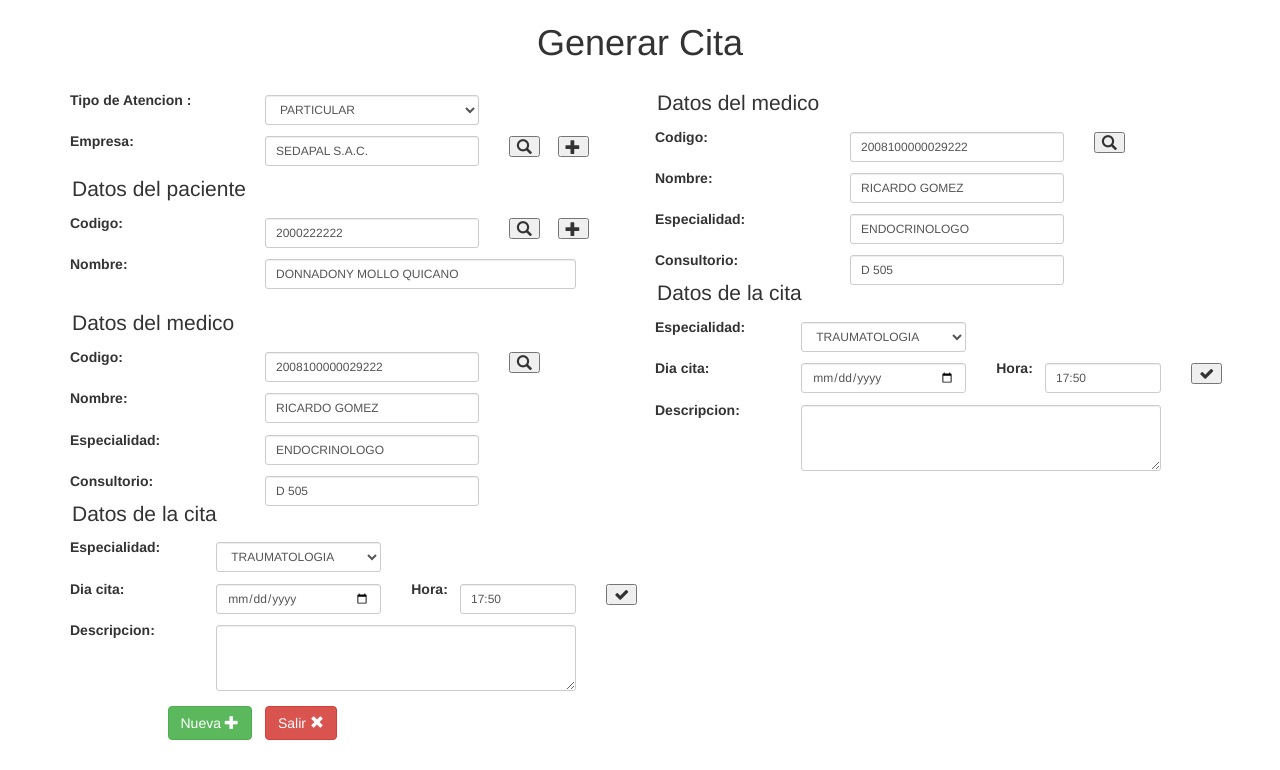
Repository: Donyx10/ADSII-ProyectoClinica
Page: http://localhost/AvanceWeb/GeneraCitaMedica.jsp
These files come from the project's save history. The page is drawn as it stood at one moment and after the next save; the edit follows.
The browser window is 1280 px wide. The pictures show the whole page.
Some web fonts or font styles are not loaded; a fallback is used. The page is served by Tomcat 9.

Above is the page before, as saved 2018-06-04 05:36:13.

After the next save:
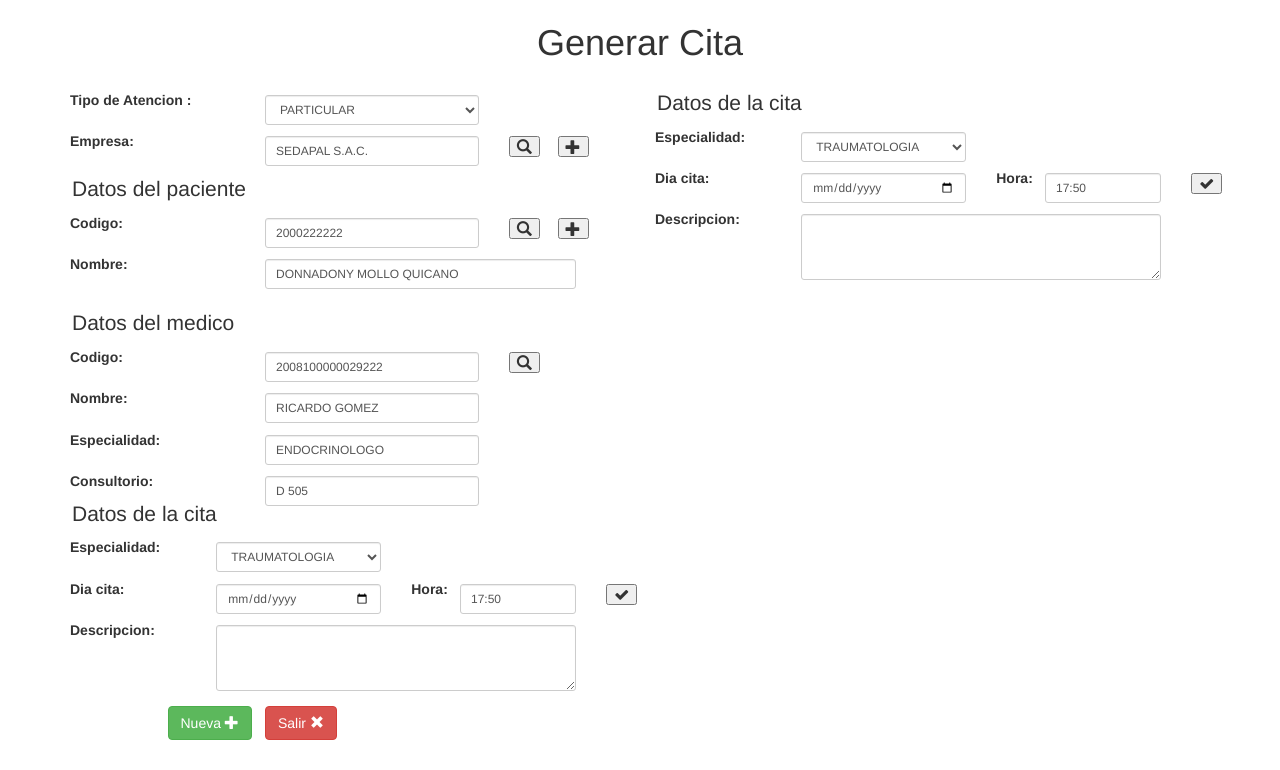
Saved 38 s later.
--- a/WebDemo/AvanceWeb/WebContent/GeneraCitaMedica.jsp
+++ b/WebDemo/AvanceWeb/WebContent/GeneraCitaMedica.jsp
@@ -243,56 +243,6 @@
 						>
 						<div class="col-md-12" >
 							<fieldset>
-								<legend>Datos del medico</legend>
-
-								<div class="row">
-									<div class="col-md-4">
-										<label class="" for="id_codigo">Codigo:</label>
-									</div>
-									<div class="col-md-5">
-										<input class="form-control input-sm" type="text"
-											id="id_codigo" value="2008100000029222"
-											name="computadora.nombre" placeholder="Ingrese el codigo">
-
-									</div>
-									<div class="col-md-1">
-										<button style="font-size: 15px">
-											<i class="glyphicon glyphicon-search"></i>
-										</button>
-									</div>
-								</div>
-								<br>
-								<div class="row">
-									<div class="col-md-4">
-										<label class="" for="">Nombre:</label>
-									</div>
-									<div class="col-md-5">
-										<input class="form-control input-sm" type="text" id=""
-											value="RICARDO GOMEZ" name="" placeholder="Ingrese el nombre">
-									</div>
-								</div>
-								<br>
-								<div class="row">
-									<div class="col-md-4">
-										<label class="" for="">Especialidad:</label>
-									</div>
-									<div class="col-md-5">
-										<input class="form-control input-sm" type="text" id="" name=""
-											value="ENDOCRINOLOGO" placeholder="Ingrese la especialidad">
-									</div>
-								</div>
-								<br>
-								<div class="row">
-									<div class="col-md-4">
-										<label class="" for="">Consultorio:</label>
-									</div>
-									<div class="col-md-5">
-										<input class="form-control input-sm" type="text" id="" name=""
-											value="D 505" placeholder="Ingrese el consultorio">
-									</div>
-								</div>
-							</fieldset>
-							<fieldset>
 								<legend>Datos de la cita </legend>
 								<div class="row">
 									<div class="col-md-3">
